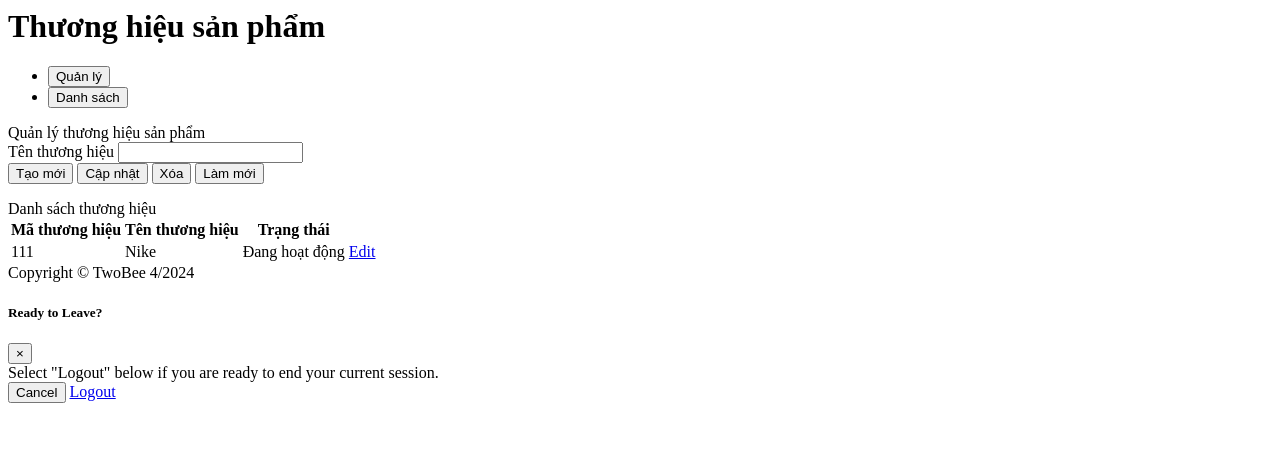
Repository: tuandh111/Java-6-asm
Page: Front-end/Java6_asm_/templates/admin/brands.html
The author's editor kept a copy of each file at every save. The page is drawn from the files as they stood at one save, then again after the next save.
The browser window is 1280 px wide. The pictures show the whole page.

Above is the page before, as saved 2024-03-31 11:09:40.

### Front-end/Java6_asm_/templates/admin/brands.html
<!-- Page Wrapper -->
<div id="wrapper">

    <!-- Sidebar -->
    <ul class="navbar-nav bg-gradient-primary sidebar sidebar-dark accordion" id="accordionSidebar"
        ng-include="'component/admin/sidebar.html'">
    </ul>
    <!-- End of Sidebar -->

    <!-- Content Wrapper -->
    <div id="content-wrapper" class="d-flex flex-column">

        <!-- Main Content -->
        <div id="content">

            <!-- Topbar -->
            <nav class="navbar navbar-expand navbar-light bg-white topbar mb-4 static-top shadow"
                ng-include="'component/admin/content-nav.html'">
            </nav>
            <!-- End of Topbar -->

            <!-- Begin Page Content -->
            <div class="container-fluid">

                <!-- Page Heading -->
                <div class="d-sm-flex align-items-center justify-content-between mb-4">
                    <h1 class="h3 mb-0 text-gray-800">Thương hiệu sản phẩm</h1>
                </div>

                <div class="row mt-5">
                    <ul class="nav nav-tabs" id="manageBrands" role="tablist">
                        <li class="nav-item" role="presentation">
                            <button class="nav-link active" id="form-tab" data-bs-toggle="tab"
                                data-bs-target="#form-tab-pane-manage-brands" type="button" role="tab"
                                aria-controls="form-tab-pane-manage-brands" aria-selected="true">
                                <i class="bi bi-pencil-square"></i> Quản lý
                            </button>
                        </li>
                        <li class="nav-item" role="presentation">
                            <button class="nav-link" id="list-tab" data-bs-toggle="tab" data-bs-target="#list-tab-pane"
                                role="tab" aria-controls="list-tab-pane" aria-selected="false">
                                <i class="bi bi-list-check"></i> Danh sách
                            </button>
                        </li>
                    </ul>
                    <div class="tab-content" id="manageBrandsTabContent">
                        <div class="tab-pane fade show active" id="form-tab-pane-manage-brands" role="tabpanel"
                            aria-labelledby="form-tab" tabindex="0">
                            <div class="card">
                                <div class="card-header align-items-center text-center text-white bg-gradient-primary">
                                    Quản lý thương hiệu sản phẩm
                                </div>
                                <div class="card-body text-center">
                                    <c:url var="url" value="/admin"></c:url>
                                    <form action="#">
                                        <div class="row">
                                            <div class="col-lg-6">
                                                <div class="form-outline mb-3">
                                                    <label class="form-label" for="manageBrandsModalBrandsName">Tên
                                                        thương
                                                        hiệu</label>
                                                    <input type="text" id="manageBrandsModalBrandsName"
                                                        ng-model="nameBrand" ng-value="" class="form-control" required>
                                                </div>

                                                <!-- <input type="checkbox"> Hoạt động ? -->
                                            </div>
                                            <!-- <div class="col-lg-6">
                                                <div class="form-outline mb-4">
                                                    <label class="form-label" for="manageBrandsModalIsActive">Hoạt động
                                                        ?</label>
                                                    <input type="checkbox" id="manageBrandsModalIsActive"
                                                        class="form-control" ng-model="isActive" ng-value=""
                                                        class="form-control">
                                                </div>
                                            </div> -->
                                        </div>
                                        <div class="d-flex justify-content-end">
                                            <button formaction="${url}/create" class="btn btn-primary m-2">Tạo
                                                mới</button>
                                            <button formaction="${url}/update" class="btn btn-primary m-2">Cập
                                                nhật</button>
                                            <button formaction="${url}/delete" class="btn btn-primary m-2">Xóa</button>
                                            <button formaction="${url}/editor-user" class="btn btn-primary m-2">Làm
                                                mới</button>
                                        </div>
                                    </form>
                                </div>
                            </div>
                        </div>
                        <div class="tab-pane fade" id="list-tab-pane" role="tabpanel" aria-labelledby="list-tab"
                            tabindex="0">
                            <div class="card">
                                <div class="card-header align-items-center text-center text-white bg-gradient-primary">
                                    Danh sách thương hiệu</div>
                                <div class="table-responsive">
                                    <table class="table table-striped table-hover">
                                        <thead>
                                            <tr>
                                                <th>Mã thương hiệu</th>
                                                <th>Tên thương hiệu</th>
                                                <th>Trạng thái</th>
                                                <th></th>
                                            </tr>
                                        </thead>
                                        <tbody>
                                            <tr>
                                                <td>111</td>
                                                <td>Nike</td>
                                                <td>Đang hoạt động</td>
                                                <td><a href="${url}/edit/${item.idUs}" class="text-info"> Edit </a>
                                                </td>
                                            </tr>
                                        </tbody>
                                    </table>
                                </div>
                            </div>
                        </div>
                    </div>
                </div>

            </div>
            <!-- /.container-fluid -->

        </div>
        <!-- End of Main Content -->

        <!-- Footer -->
        <footer class="sticky-footer bg-white">
            <div class="container my-auto">
                <div class="copyright text-center my-auto">
                    <span>Copyright &copy; TwoBee 4/2024</span>
                </div>
            </div>
        </footer>
        <!-- End of Footer -->

    </div>
    <!-- End of Content Wrapper -->

</div>
<!-- End of Page Wrapper -->

<!-- Scroll to Top Button-->
<a class="scroll-to-top rounded" href="#page-top">
    <i class="fas fa-angle-up"></i>
</a>

<!-- Logout Modal-->
<div class="modal fade" id="logoutModal" tabindex="-1" role="dialog" aria-labelledby="exampleModalLabel"
    aria-hidden="true">
    <div class="modal-dialog" role="document">
        <div class="modal-content">
            <div class="modal-header">
                <h5 class="modal-title" id="exampleModalLabel">Ready to Leave?</h5>
                <button class="close" type="button" data-dismiss="modal" aria-label="Close">
                    <span aria-hidden="true">×</span>
                </button>
            </div>
            <div class="modal-body">Select "Logout" below if you are ready to end your current session.</div>
            <div class="modal-footer">
                <button class="btn btn-secondary" type="button" data-dismiss="modal">Cancel</button>
                <a class="btn btn-primary" href="login.html">Logout</a>
            </div>
        </div>
    </div>
</div>

<!-- Bootstrap core JavaScript-->
<script src="../../assets/admin/js/vendor/jquery/jquery.min.js"></script>
<script src="../../assets/admin/js/vendor/bootstrap/js/bootstrap.bundle.min.js"></script>

<!-- Core plugin JavaScript-->
<script src="../../assets/admin/js/vendor/jquery-easing/jquery.easing.min.js"></script>

<!-- Custom scripts for all pages-->
<script src="../../assets/admin/js/sb-admin-2.min.js"></script>

Loaded but not shown: Front-end/Java6_asm_/assets/admin/js/vendor/jquery/jquery.min.js (library); Front-end/Java6_asm_/assets/admin/js/vendor/bootstrap/js/bootstrap.bundle.min.js (library); Front-end/Java6_asm_/assets/admin/js/vendor/jquery-easing/jquery.easing.min.js (common file); Front-end/Java6_asm_/assets/admin/js/sb-admin-2.min.js (common file)

After the next save:
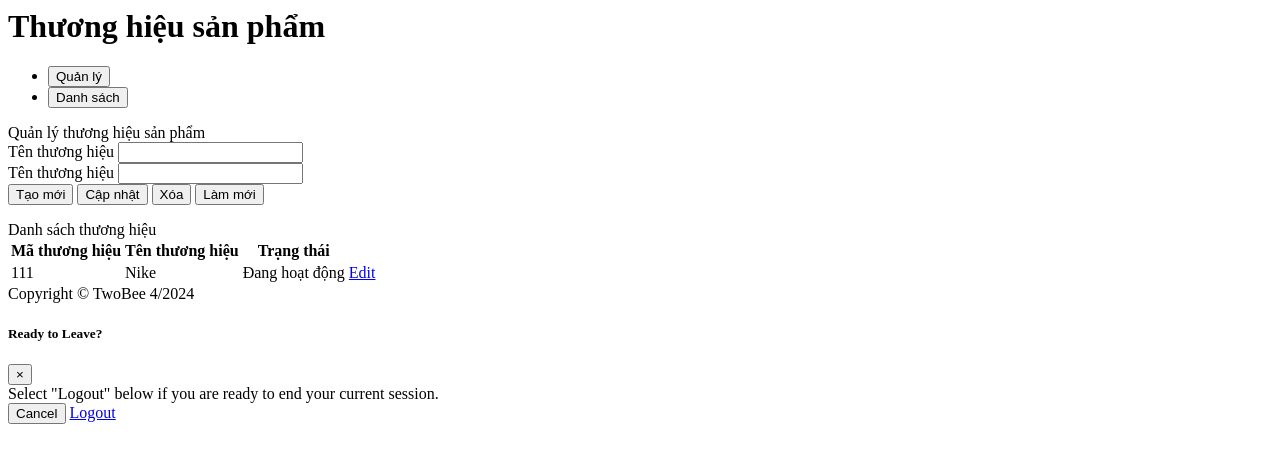
Saved 40 s later.
--- a/Front-end/Java6_asm_/templates/admin/brands.html
+++ b/Front-end/Java6_asm_/templates/admin/brands.html
@@ -62,7 +62,13 @@
                                                     <input type="text" id="manageBrandsModalBrandsName"
                                                         ng-model="nameBrand" ng-value="" class="form-control" required>
                                                 </div>
-
+                                                <div class="form-outline mb-3">
+                                                    <label class="form-label" for="manageBrandsModalBrandsName">Tên
+                                                        thương
+                                                        hiệu</label>
+                                                    <input type="text" id="manageBrandsModalBrandsName"
+                                                        ng-model="nameBrand" ng-value="" class="form-control" required>
+                                                </div>
                                                 <!-- <input type="checkbox"> Hoạt động ? -->
                                             </div>
                                             <!-- <div class="col-lg-6">
